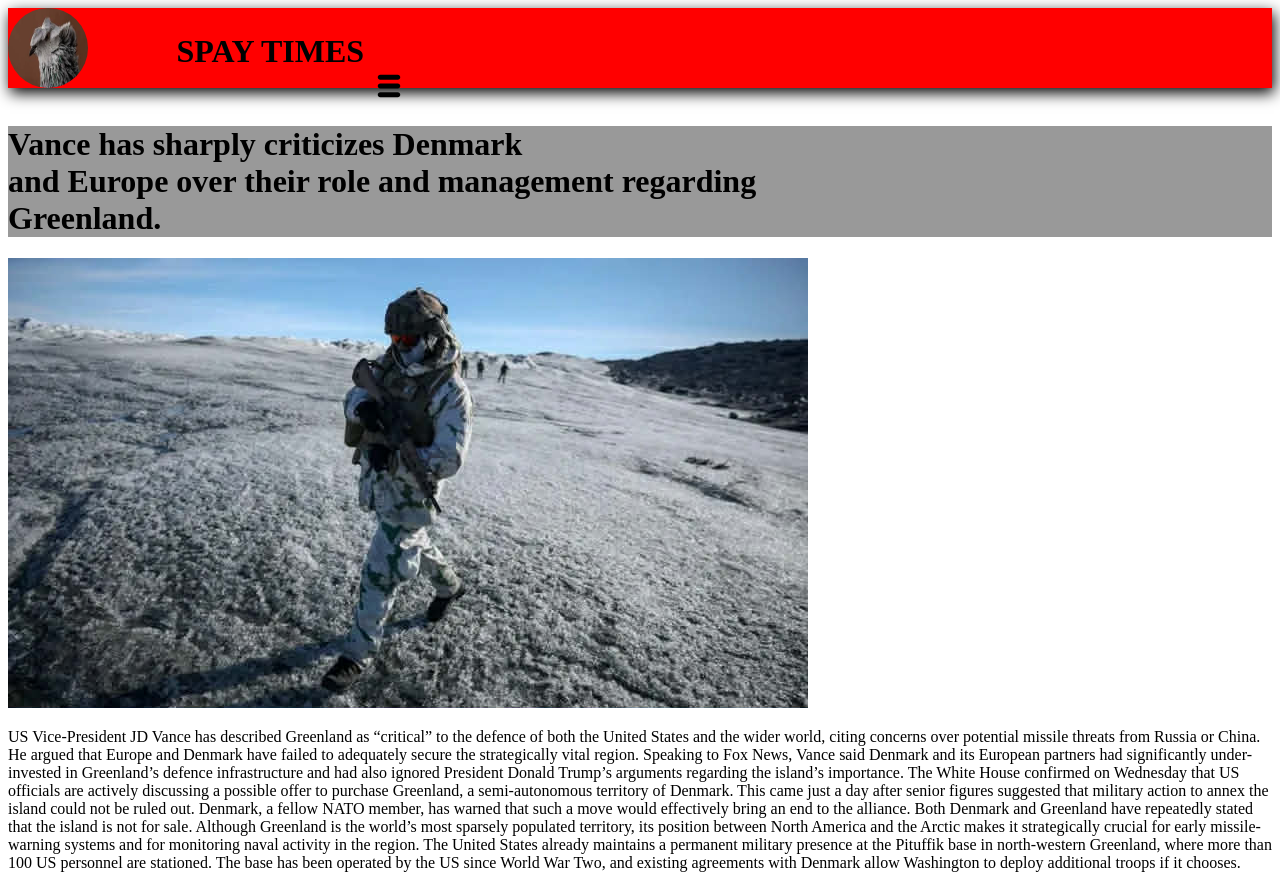
Repository: ridhukhan/spytimes
Page: /
An editor plug-in stored every save of this project. The page is shown before and after the next save, followed by the edit.
The browser window is 1280 px wide. The pictures show the whole page.
The project was rebuilt for these pictures with package versions that can differ from the ones it lists, and the page was loaded fresh each time. Also part of the build but not shown: vite.config.js.

Above is the page before, as saved 2026-01-09 21:55:59.

After the next save:
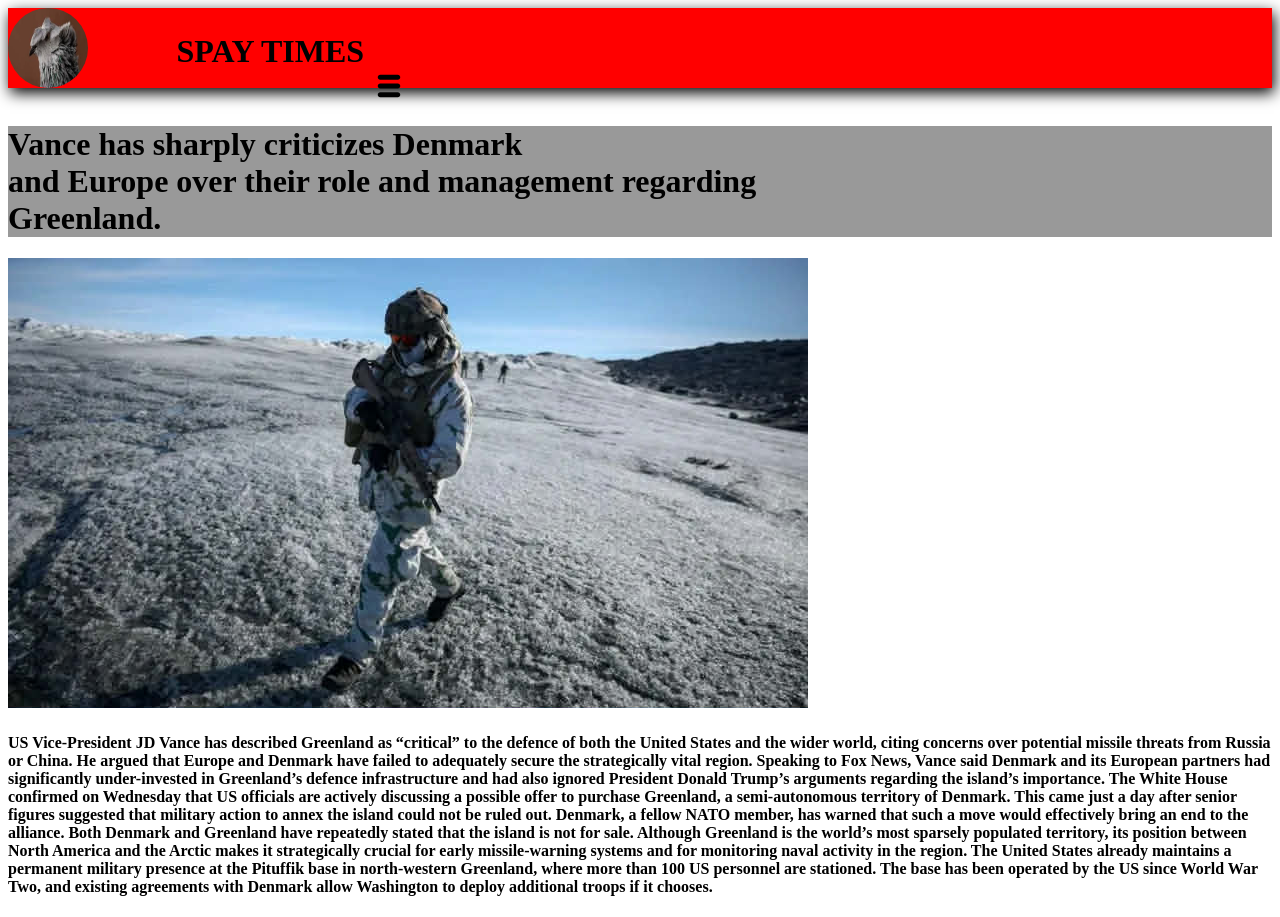
Saved 35 s later.
--- a/src/pages/home/Home.jsx
+++ b/src/pages/home/Home.jsx
@@ -8,7 +8,7 @@ const Home = () => {
         <h1 style={{backgroundColor:"#999"}}>Vance has sharply criticizes Denmark <br /> and Europe over their role and management regarding <br /> Greenland.</h1>
 
         <img src={home1} alt="home1" />
-       <p>
+       <h4>
         US Vice-President JD Vance has described Greenland as “critical” to the defence of both the United States and the wider world, citing concerns over potential missile threats from Russia or China. He argued that Europe and Denmark have failed to adequately secure the strategically vital region.
 
 Speaking to Fox News, Vance said Denmark and its European partners had significantly under-invested in Greenland’s defence infrastructure and had also ignored President Donald Trump’s arguments regarding the island’s importance.
@@ -20,7 +20,7 @@ Denmark, a fellow NATO member, has warned that such a move would effectively bri
 Although Greenland is the world’s most sparsely populated territory, its position between North America and the Arctic makes it strategically crucial for early missile-warning systems and for monitoring naval activity in the region.
 
 The United States already maintains a permanent military presence at the Pituffik base in north-western Greenland, where more than 100 US personnel are stationed. The base has been operated by the US since World War Two, and existing agreements with Denmark allow Washington to deploy additional troops if it chooses.
-       </p>
+       </h4>
 
     </div>
   )
